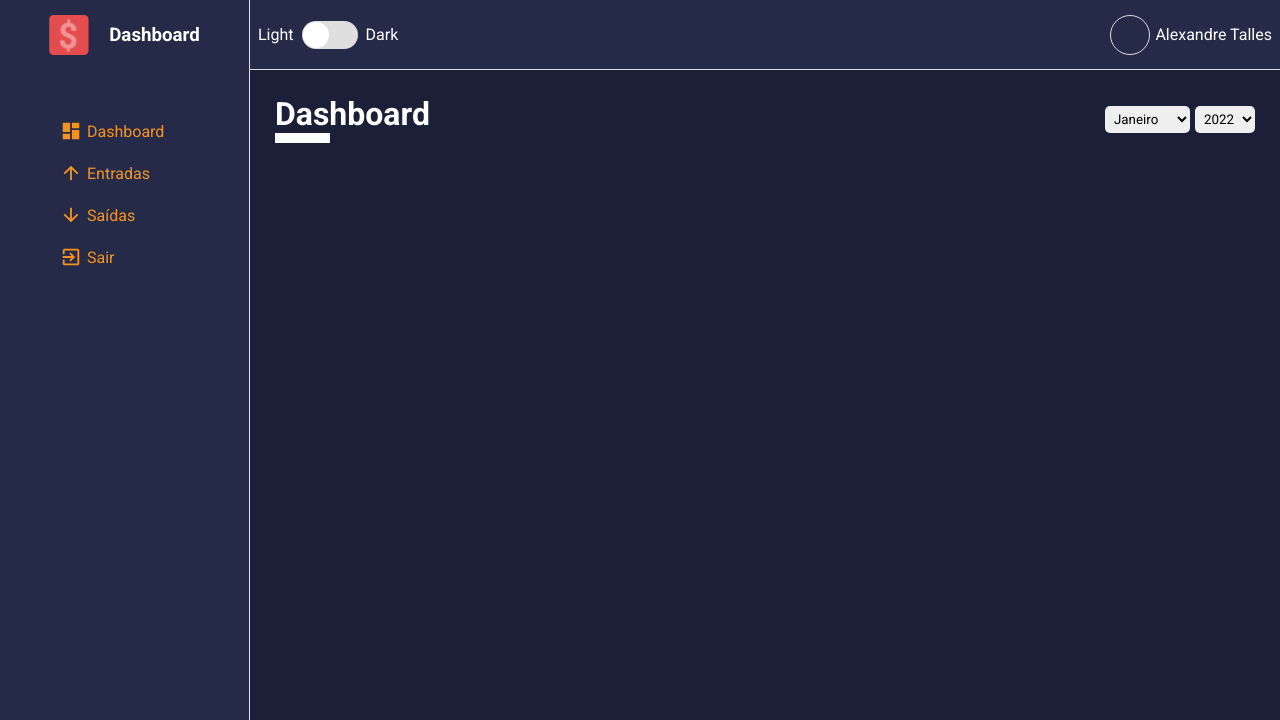
Repository: XFERRER7/dashboard
Page: /dashboard
These files come from the project's save history. The page is drawn as it stood at one moment and after the next save; the edit follows.
The browser window is 1280 px wide. The pictures show the whole page.
The project was rebuilt for these pictures with package versions that can differ from the ones it lists, and the page was loaded fresh each time. Also part of the build but not shown: vite.config.ts, src/components/CardFinance/Styles.ts, src/components/CardFinance/index.tsx, src/pages/List/styles.ts, src/utils/FormatCourrency.ts, src/utils/FormatDate.ts, src/pages/List/index.tsx. Imported but missing from the stored project, and not drawn on this page: src/repositories/expenses, src/repositories/gains.

Above is the page before, as saved 2022-07-21 22:29:13.

### index.html
<!DOCTYPE html>
<html lang="pt-br">

<head>
  <meta charset="UTF-8" />
  <meta name="viewport" content="width=device-width, initial-scale=1.0" />
  <link rel="shortcut icon" href="src/assets/Logo.svg" type="image/x-icon">
  <link rel="preconnect" href="https://fonts.googleapis.com">
  <link rel="preconnect" href="https://fonts.gstatic.com" crossorigin>
  <link href="https://fonts.googleapis.com/css2?family=Roboto:wght@400;500;700&display=swap" rel="stylesheet">
  <title>Dashboard</title>
</head>

<body>
  <div id="root"></div>
  <script type="module" src="/src/main.tsx"></script>
</body>

</html>

### src/main.tsx
import React from 'react'
import ReactDOM from 'react-dom/client'
import {App} from './App'

ReactDOM.createRoot(document.getElementById('root')!).render(
  <React.StrictMode>
    <App />
  </React.StrictMode>
)

### src/App.tsx
import Global from "./styles/Global"
import { ThemeProvider } from 'styled-components'
import dark from './styles/Themes/dark'
import light from './styles/Themes/light'
import { Routes } from './routes'

export const App = () => {
  return (
    <div>
      <ThemeProvider theme={dark}>
        <Global />
        <Routes/>
      </ThemeProvider>
    </div>
  )
}

### src/styles/Global.ts
import { createGlobalStyle } from 'styled-components'

export default createGlobalStyle`

  * {
    margin: 0;
    padding: 0;
    box-sizing: border-box;
  }

  html, body, #root {
    height: 100%;
  }

  *, button, input {
    border: 0;
    outline: 0;
    font-family: 'Roboto', sans-serif;
  }

  button {
    cursor: pointer;
  }

`;

### src/styles/Themes/dark.ts
export default {
  title: 'dark',

  colors: {
    primary: '#1B1F38',
    secondary: '#252A48',
    tertiary: '##313862',

    white: '#fff',
    black: '#000',
    gray: '#dfdfdf',

    sucess: '#4E41F0',
    info: '#F7931B',
    warning: '#E44C4E'


  }
}

### src/routes/index.tsx
import React from 'react'
import { BrowserRouter } from 'react-router-dom'
import { AppRoutes } from './app.routes'

export const Routes = () => {
  return (
    <BrowserRouter>
      <AppRoutes/>
    </BrowserRouter>
  )

}

### src/routes/app.routes.tsx
import { Route, Routes } from 'react-router-dom'
import { Layout } from '../components/Layout'
import { Dashboard } from '../pages/Dashboard'
import { List } from '../pages/List'

export const AppRoutes = () => {

  return (
    <Layout>
      <Routes>
        <Route path='dashboard' element={<Dashboard />} />
        <Route path='list/:type' element={<List />} />
      </Routes>
    </Layout>
  )


}

### src/components/Layout/index.tsx
import { Container } from './Styles'
import { MainHeader } from '../MainHeader'
import { Content } from '../Content'
import { Aside } from '../Aside'
import { ReactNode } from 'react';

interface BaseLayoutProps {
  children?: ReactNode;
}


export const Layout = ({ children }: BaseLayoutProps) => {
  return (
    <Container>
      <MainHeader />
      <Aside />
      <Content>
        {children}
      </Content>
    </Container>
  )
}

### src/pages/Dashboard/index.tsx
import React from 'react'
import { Container } from './styles'
import { HeaderContent } from '../../MiniComponents/headerContent'
import { Select } from '../../MiniComponents/select'

export const Dashboard = () => {

  const options = [
    {
      value: 'Janeiro',
      label: 'Janeiro'
    },
    {
      value: 'Fevereiro',
      label: 'Fevereiro'
    },
    {
      value: 'Março',
      label: 'Março'
    }

  ]

  const optionYear = [
    {
      value: '2022',
      label: '2022'
    },
    {
      value: '2021',
      label: '2021'
    },
    {
      value: '2020',
      label: '2020'
    }

  ]

  return (
    <Container>
      <HeaderContent titulo={'Dashboard'} lineColor={'#fff'}>
        <Select option={options}/>
        <Select option={optionYear}/>
      </HeaderContent>
    </Container>
  )
}

### src/components/Layout/Styles.ts
import styled from "styled-components"

export const Container = styled.div`
  display: grid;
  grid-template-columns: 250px auto;
  grid-template-rows: 70px auto;

  grid-template-areas:
  'AS MH'
  'AS CT';
  height: 100vh;

`

### src/components/MainHeader/index.tsx

import { Toggle } from '../../MiniComponents/Toggle'
import {
  Container,
  Profile,
  UserName,
  ImgUser
}
  from './Styles'


export const MainHeader = () => {

  return (
    <Container>
      <Toggle/>

      <Profile>
        <ImgUser/>
        <UserName>Alexandre Talles</UserName>

      </Profile>
    </Container>
  )
}

### src/components/Content/index.tsx
import { ReactNode } from 'react';
import { Container } from './Styles'

interface BaseLayoutProps {
  children?: ReactNode;
}

export const Content = ({ children }: BaseLayoutProps) => {
  return (
    <Container>
      {children}
    </Container>
  )
}

### src/components/Aside/index.tsx
import {
  Container,
  Header,
  Title,
  ImgLogo,
  Menu,
  ItemMenu
} from './Styles'
import logo from '../../assets/Logo.svg'
import {
  MdDashboard,
  MdArrowDownward,
  MdArrowUpward,
  MdExitToApp
} from 'react-icons/md'

export const Aside = () => {
  return (
    <Container>
      <Header>
        <ImgLogo src={logo} alt="Logo dashboard" />
        <Title>Dashboard</Title>
      </Header>
      <Menu>
        <ItemMenu href="/dashboard">
          <MdDashboard />
          Dashboard
        </ItemMenu>
        <ItemMenu href="/list/entry-balance">
          <MdArrowUpward />
          Entradas
        </ItemMenu>
        <ItemMenu href="/list/exit-balance">
          <MdArrowDownward />
          Saídas
        </ItemMenu>
        <ItemMenu href="#">
          <MdExitToApp />
          Sair
        </ItemMenu>
      </Menu>
    </Container>
  )
}

### src/pages/Dashboard/styles.ts
import styled from "styled-components";

export const Container = styled.div`

`

### src/MiniComponents/headerContent/index.tsx
import {
  Container,
  TitleContainer,
  Controller
} from './styles'

import { Select } from '../../MiniComponents/select'

interface IHeaderContentProps {
  titulo: string;
  lineColor: string;
  children: React.ReactNode;
}

export const HeaderContent = ({titulo, lineColor, children}: IHeaderContentProps) => {


  return (
    <Container>
      <TitleContainer lineColor={lineColor}>
        <h1>{titulo}</h1>
      </TitleContainer>
      <Controller>
        {children}
      </Controller>
    </Container>
  )
}

### src/MiniComponents/select/index.tsx
import React, { FC } from 'react'
import { Container } from './styles'

interface IselectProps {
  option: {
    value: string | number;
    label: string | number;
  }[],
  defaultValue: string;
  onChange(event: React.ChangeEvent<HTMLSelectElement>): void | undefined;
}

export const Select = ({ option, onChange, defaultValue }: IselectProps) => {
  return (

    <Container>
      <select onChange={onChange}>
        {
          option.map(option => {

            if(defaultValue === option.value) {

            }
            return <option key={option.value} value={option.value}>{option.label}</option>
          })
        }
      </select>
    </Container>
  )
}

### src/MiniComponents/Toggle/index.tsx
import React, { useState } from 'react'
import { Container, ToggleLabel, ToggleSelector } from './styles'


export const Toggle = () => {

  const [on, setOn] = useState(false);

  return (
    <Container>
      <ToggleLabel>
        Light
      </ToggleLabel>
      <ToggleSelector
        checked={on }
        uncheckedIcon={false}
        checkedIcon={false}
        onChange={() => setOn(!on)}
      />
      <ToggleLabel>
        Dark
      </ToggleLabel>
    </Container>
  )
}

### src/components/MainHeader/Styles.ts
import styled from "styled-components"

export const Container = styled.div`
  grid-area: MH;
  color: ${props => props.theme.colors.white};
  background-color: ${props => props.theme.colors.secondary};
  display: flex;
  justify-content: space-between;
  align-items: center;
  padding: 8px;
  border-bottom: 1px solid ${props => props.theme.colors.gray};
`

export const Profile = styled.div`
  display: flex;
  align-items: center;
  justify-content: center;
  gap: 5px;
`

export const UserName = styled.div`

`

export const ImgUser = styled.div`
  height: 40px;
  width: 40px;
  border-radius: 50%;
  border: 1px solid ${props => props.theme.colors.gray};
`

### src/components/Content/Styles.ts
import styled from "styled-components"

export const Container = styled.div`
  grid-area: CT;
  color: ${props => props.theme.colors.white};
  background-color: ${props => props.theme.colors.primary};
  padding: 25px;
  height: calc(100vh - 70px);
  overflow-y: scroll;

  ::-webkit-scrollbar {
    width: 10px;
  }

  ::-webkit-scrollbar-thumb {
    background-color: ${props => props.theme.colors.secondary};
  }

  ::-webkit-scrollbar-track {
    background-color: ${props => props.theme.colors.tertiary};
  }
`

### src/components/Aside/Styles.ts
import styled from "styled-components"

export const Container = styled.div`
  grid-area: AS;
  color: ${props => props.theme.colors.white};
  background-color: ${props => props.theme.colors.secondary};
  border-right: 1px solid ${props => props.theme.colors.gray};
`

export const Header = styled.div`
  height: 70px;
  display: flex;
  align-items: center;
  justify-content: center;
  gap: 20px;
`
export const Title = styled.h3`

`
export const ImgLogo = styled.img`
  height: 40px;
  width: 40px;
`
export const Menu = styled.nav`
  display: flex;
  flex-direction: column;
  justify-content: center;
  gap: 20px;
  margin-top: 50px;
  margin-left: 60px;
`
export const ItemMenu = styled.a`
  text-decoration: none;
  color: ${props => props.theme.colors.info};
  transition: 0.1s all ease;
  display: flex;
  align-items: center;
  gap: 5px;


  &:hover {
    opacity: .8;
  }

  > svg {
    font-size: 22px;
  }
`

### src/MiniComponents/headerContent/styles.ts
import styled from "styled-components";

interface ItitleContainerProps {
  lineColor: string;
}


export const Container = styled.div`
  display: flex;
  justify-content: space-between;
`

export const TitleContainer = styled.div<ItitleContainerProps>`


  > h1 {

    color: ${props => props.theme.colors.white};
    &::after {
    content: '';
    display: block;
    width: 55px;
    border-bottom: 10px solid ${props => props.lineColor};
  }
  }

`
export const Controller = styled.div`
  display: flex;
  gap: 5px;
  align-items: center;
`

### src/MiniComponents/select/styles.ts
import styled from "styled-components";

export const Container = styled.div`

  > select {
    padding: 5px;
    border-radius: 5px;
  }
`

### src/MiniComponents/Toggle/styles.ts
import styled from "styled-components";
import Switch, { ReactSwitchProps } from 'react-switch'

export const Container = styled.div`
  display: flex;
  align-items: center;
`

export const ToggleLabel = styled.span`
  color: ${props => props.theme.colors.white};

`

export const ToggleSelector = styled(Switch).attrs<ReactSwitchProps>(
  ({ theme }) => ({
    onColor: theme.colors.primary,
    offColor: theme.colors.gray
  })) <ReactSwitchProps>`
  margin: 0 8px;

`;

After the next save:
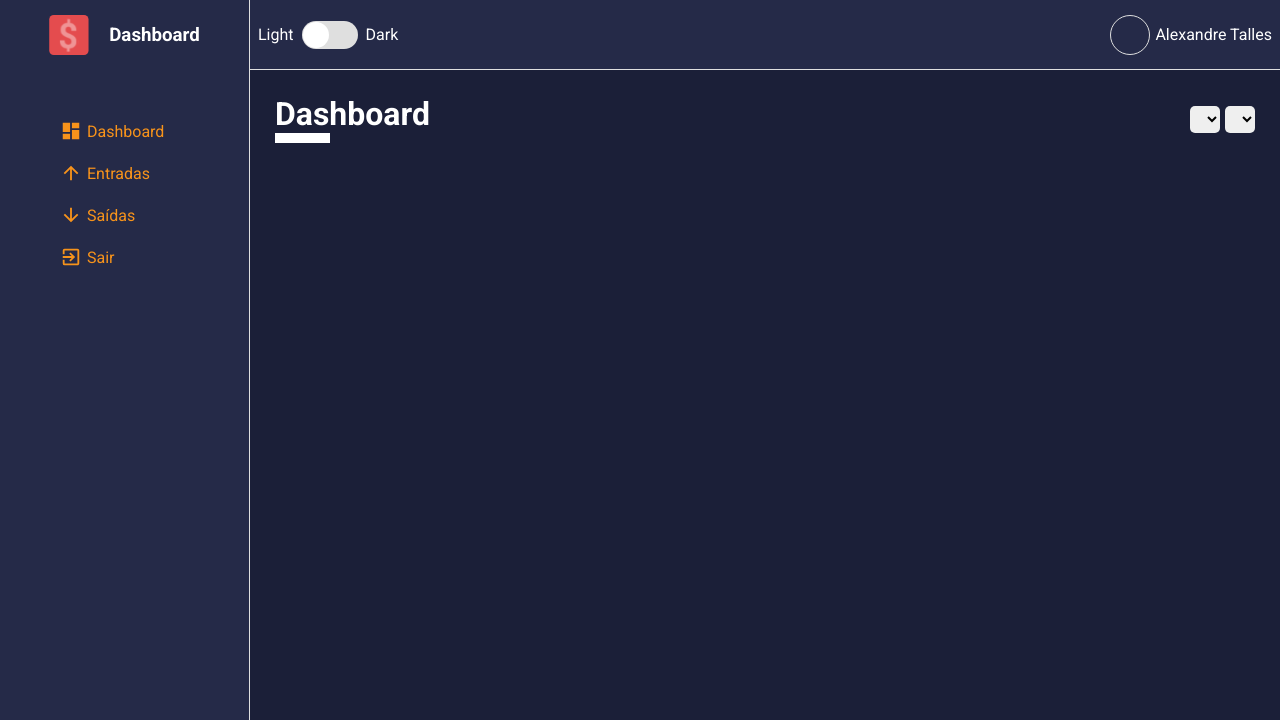
Saved 5 s later.
--- a/src/MiniComponents/select/index.tsx
+++ b/src/MiniComponents/select/index.tsx
@@ -19,9 +19,9 @@
           option.map(option => {
 
             if(defaultValue === option.value) {
+              return <option key={option.value} value={option.value}>{option.label}</option>
+            }
 
-            }
-            return <option key={option.value} value={option.value}>{option.label}</option>
           })
         }
       </select>

After the 3 saves that followed:
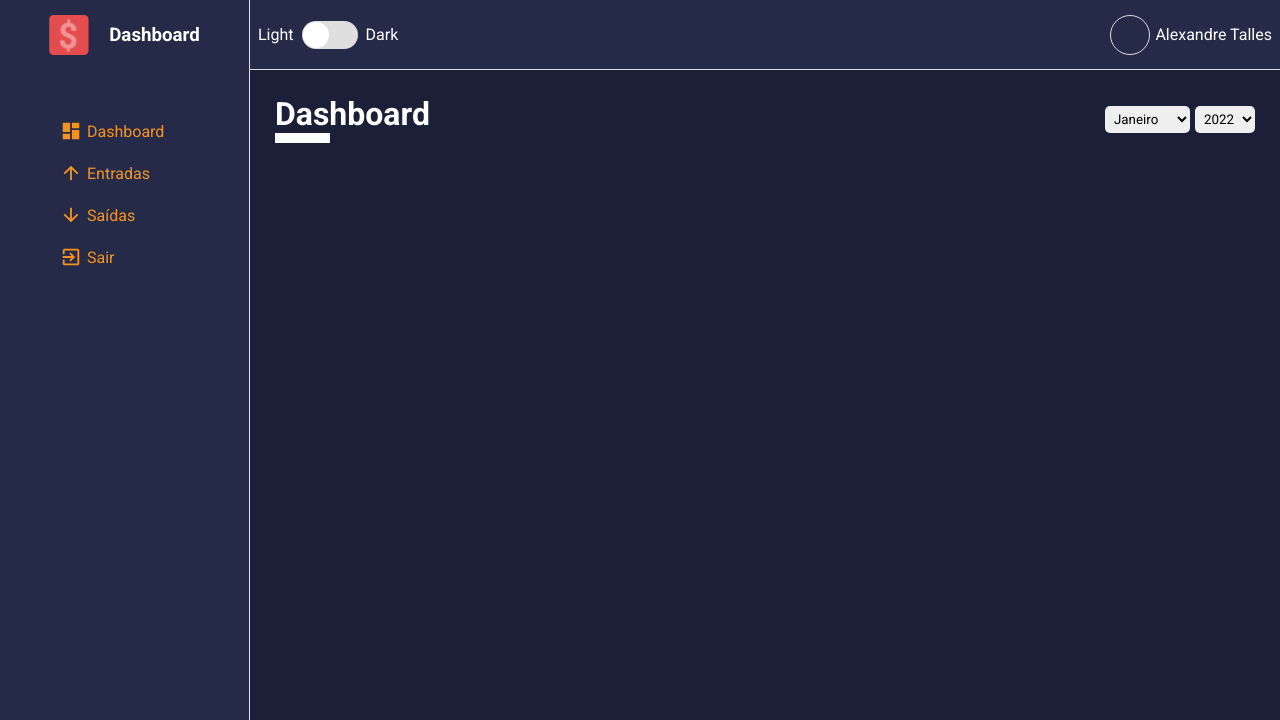
The 3 saves are shown as one change because 2 left the picture as it was.
The last was saved 16 s later.
--- a/src/MiniComponents/select/index.tsx
+++ b/src/MiniComponents/select/index.tsx
@@ -19,6 +19,9 @@
           option.map(option => {
 
             if(defaultValue === option.value) {
+              return <option selected key={option.value} value={option.value}>{option.label}</option>
+            }
+            else {
               return <option key={option.value} value={option.value}>{option.label}</option>
             }
 
